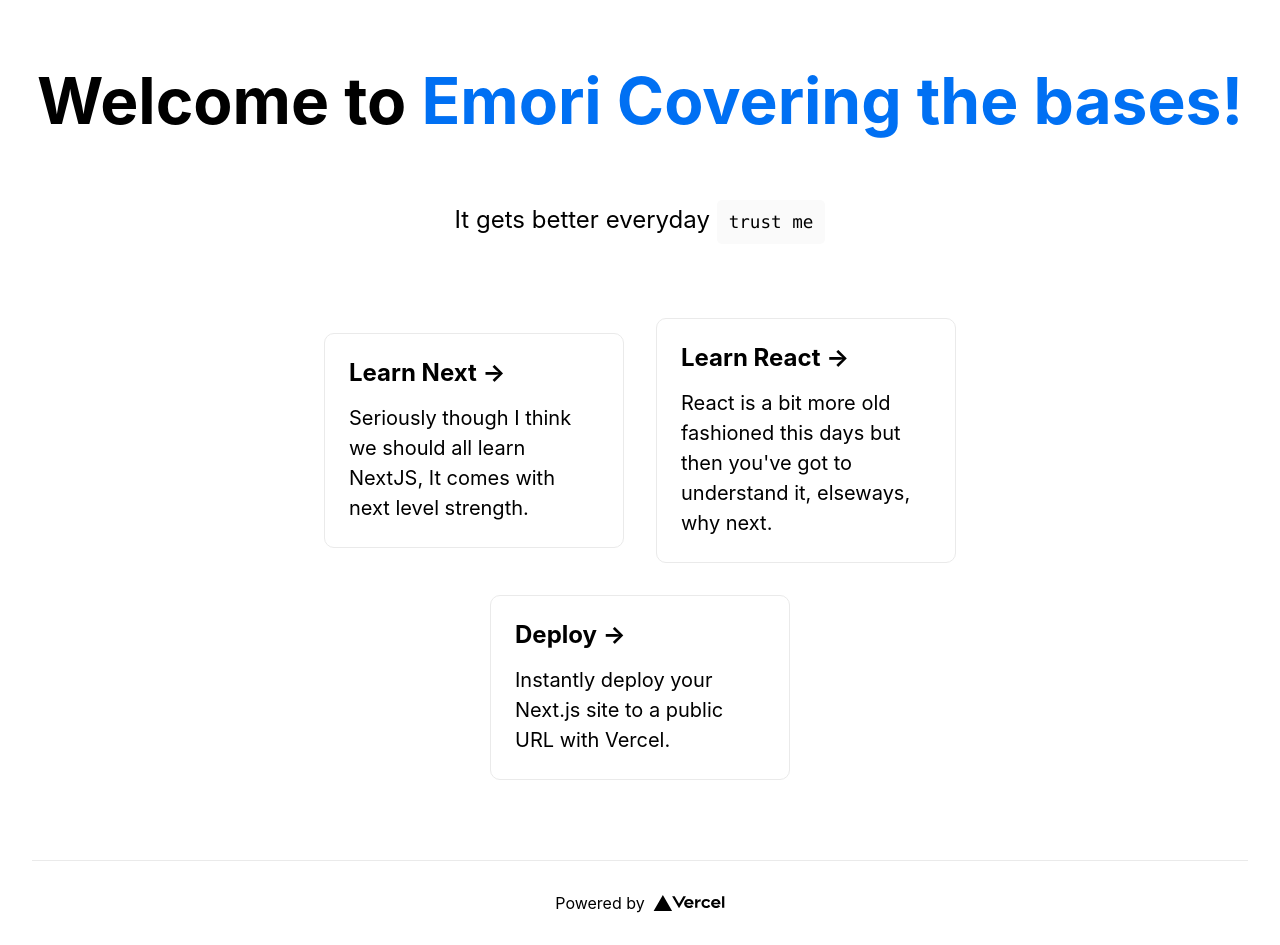
Repository: emorilebo/next-linkedin-training
Page: /
The author's editor kept a copy of each file at every save. The page is drawn from the files as they stood at one save, then again after a run of saves.
The browser window is 1280 px wide. The pictures show the whole page.
The project was rebuilt for these pictures with package versions that can differ from the ones it lists, and the page was loaded fresh each time. The framework's server and built-in components were replaced by stand-ins that run in the browser. Also part of the build but not shown: next.config.js.

Above is the page before, as saved 2022-12-25 18:02:10.

After the next 2 saves:
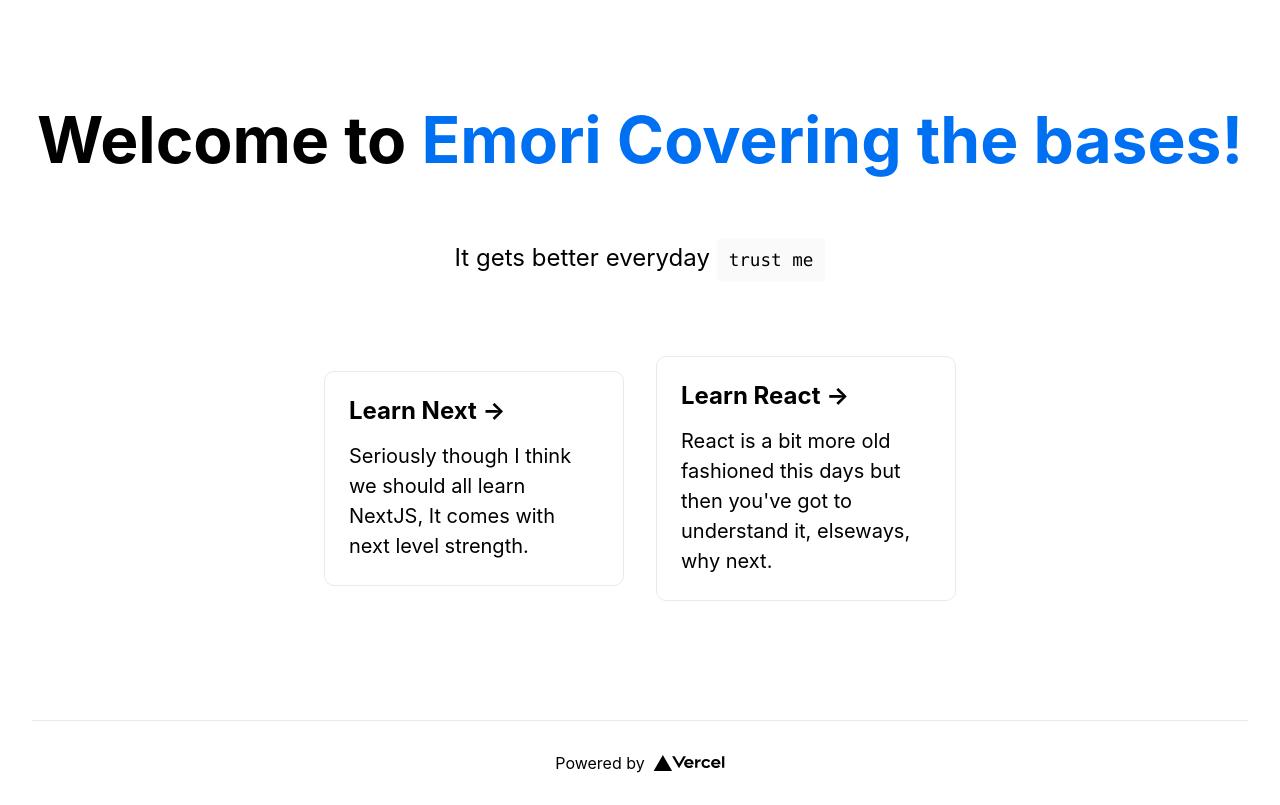
The 2 saves are shown as one change because they came seconds apart.
The last was saved 24 s later.
--- a/pages/index.js
+++ b/pages/index.js
@@ -27,25 +27,19 @@
         <div className={styles.grid}>
           <Link href="/learn/next" className={styles.card}>
             <h2>Learn Next &rarr;</h2>
-            <p>Seriously though I think we should all learn NextJS, It comes with next level strength.</p>
+            <p>
+              Seriously though I think we should all learn NextJS, It comes with
+              next level strength.
+            </p>
           </Link>
 
           <Link href="/learn/react" className={styles.card}>
             <h2>Learn React &rarr;</h2>
-            <p>React is a bit more old fashioned this days but then you've got to understand it, elseways, why next.</p>
+            <p>
+              React is a bit more old fashioned this days but then you've got to
+              understand it, elseways, why next.
+            </p>
           </Link>
-
-
-
-          <a
-            href="https://vercel.com/new?utm_source=create-next-app&utm_medium=default-template&utm_campaign=create-next-app"
-            className={styles.card}
-          >
-            <h2>Deploy &rarr;</h2>
-            <p>
-              Instantly deploy your Next.js site to a public URL with Vercel.
-            </p>
-          </a>
         </div>
       </main>
 
